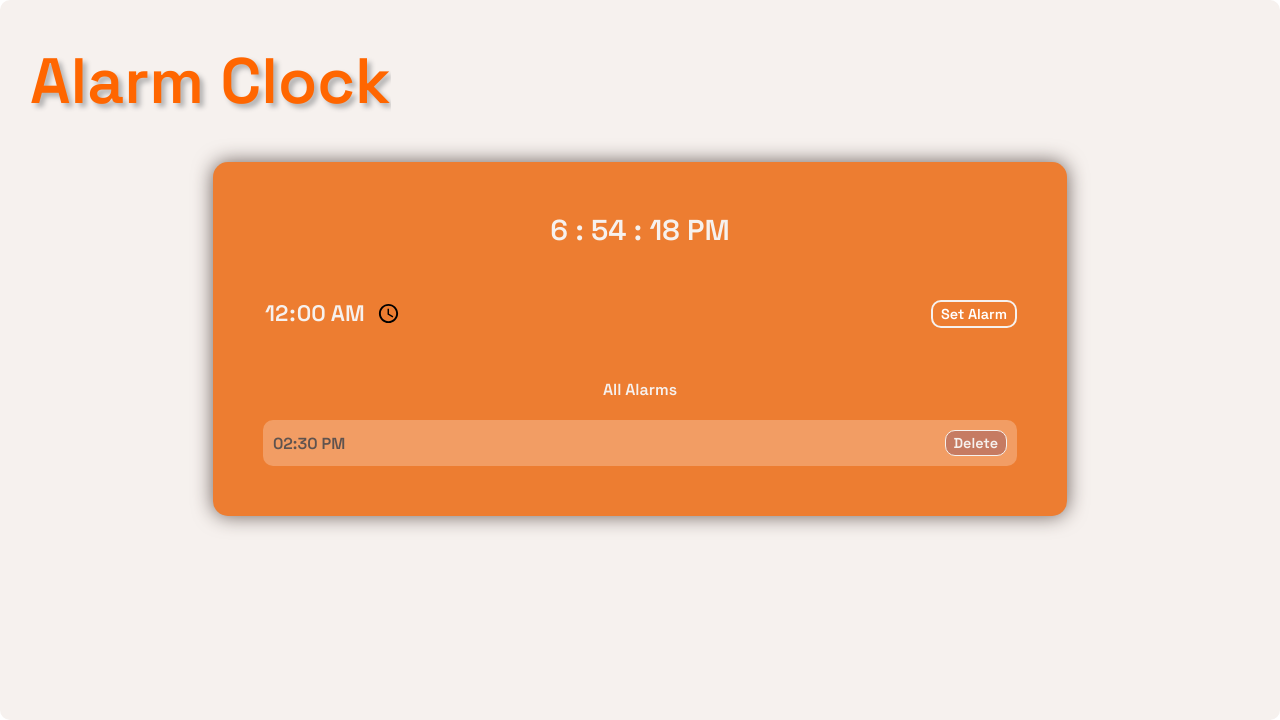
Repository: Pragya016/Alarm-Clock
Page: Index.html
An editor plug-in stored every save of this project. The page is shown before and after the next save, followed by the edit.
The browser window is 1280 px wide. The pictures show the whole page.

Above is the page before, as saved 2024-01-19 22:33:26.

After the next save:
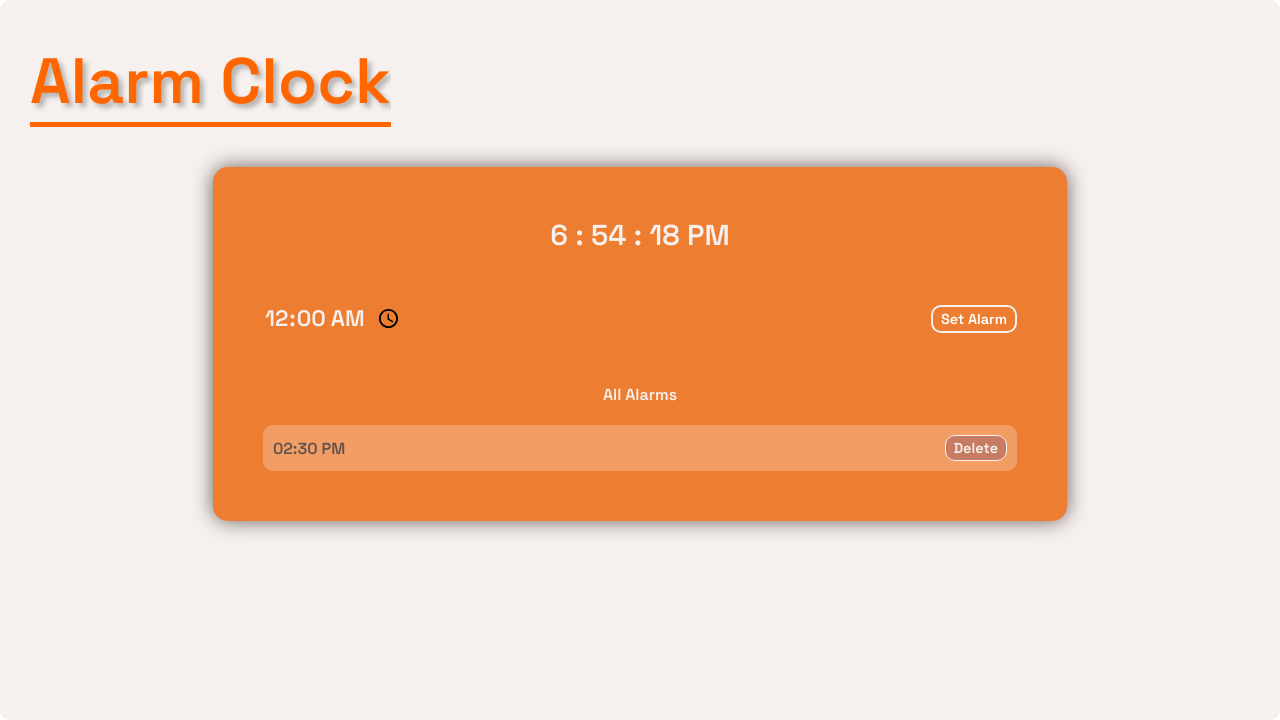
Saved 5 s later.
--- a/styles.css
+++ b/styles.css
@@ -36,8 +36,10 @@ font-family: 'Space Grotesk', sans-serif;
     color: var(--orangeShadeDark);
     text-align: center;
     margin-top: 10px;
+
     width: fit-content;
-    /* font: 900; */
+    font: 900;
+    border-bottom: 5px solid var(--orangeShadeDark);
     font-size: 4rem;
     overflow: hidden;
     text-shadow: 4px 4px 5px rgb(179, 178, 178);
